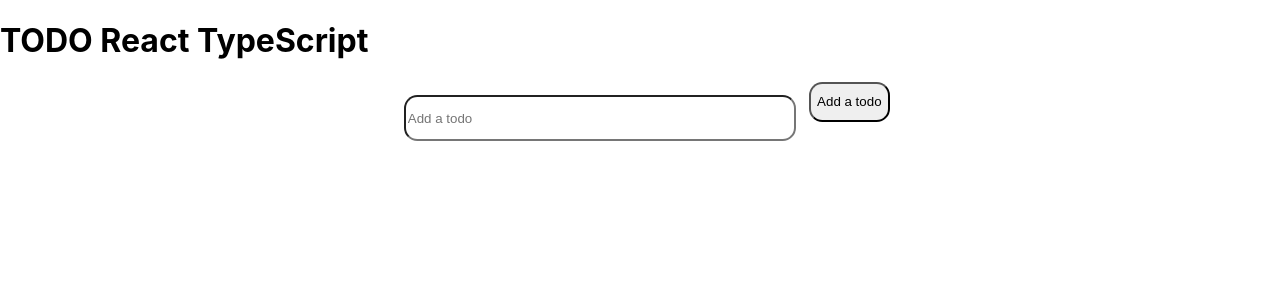
Repository: gligor99/todo-ts-react
Page: /
These files come from the project's save history. The page is drawn as it stood at one moment and after the next save; the edit follows.
The browser window is 1280 px wide. The pictures show the whole page.
The project was rebuilt for these pictures with package versions that can differ from the ones it lists, and the page was loaded fresh each time. Also part of the build but not shown: src/components/TodoListItem.tsx.

Above is the page before, as saved 2021-11-19 21:28:44.

### src/App.tsx
import React, { useState } from "react";
import "./App.css";
import TodoForm from "./components/TodoForm";
import TodoList from "./components/TodoList";

function App() {
  const [todos, setTodos] = useState<Array<Todo>>([]);

  const addTodo: AddTodo = (newTodo) => {
    if (newTodo !== "") {
      setTodos([...todos, { text: newTodo, complete: false }]);
    }
  };

  const toggleComplete: ToggleComplete = (selectedTodo) => {
    const updatedTodos = todos.map((todo) => {
      if (todo === selectedTodo) {
        return { ...todo, complete: !todo.complete };
      }
      return todo;
    });
    setTodos(updatedTodos)
  };

  return (
    <div className="App">
      <h1>TODO React TypeScript</h1>
      <TodoForm addTodo={addTodo} />
      <TodoList todos={todos} toggleComplete={toggleComplete} />
    </div>
  );
}

export default App;

### src/App.css
.todo-form {
    display: flex;
    justify-content: center;
}
.todo-input {
    margin: 1em;
    height: 3em;
    border-radius: 1em;
    width: 30%;
}
.todo-button {
    border-radius: 1em;
    height: 3em;
}

### src/components/TodoForm.tsx
import React, { ChangeEvent, FormEvent, useState } from "react";

interface TodoFormProps {
  addTodo: AddTodo;
}

const TodoForm: React.FC<TodoFormProps> = ({ addTodo }) => {
  const [newTodo, setNewTodo] = useState<string>("");

  const handleChange = (e: ChangeEvent<HTMLInputElement>) => {
    setNewTodo(e.target.value);
  };

  const handleSubmit = (e: FormEvent<HTMLButtonElement>) => {
    e.preventDefault();
    addTodo(newTodo);
    setNewTodo("");
  };

  return (
    <form className="todo-form">
      <input
        type="text"
        value={newTodo}
        className="todo-input"
        placeholder="Add a todo"
        onChange={handleChange}
      />
      <button type="submit" className="todo-button" onClick={handleSubmit}>
        Add a todo
      </button>
    </form>
  );
};

export default TodoForm;

### src/components/TodoList.tsx
import React from "react";
import TodoListItem from "./TodoListItem";

interface TodoListProps {
  todos: Array<Todo>;
  toggleComplete: ToggleComplete;
}

const TodoList: React.FC<TodoListProps> = ({ todos, toggleComplete }) => {
  return (
    <ul>
      {todos.map((todo) => {
          return (
              <ul>
                  <TodoListItem key={todo.text} todo={todo} toggleComplete={toggleComplete}/>
              </ul>
          )
      })}
    </ul>
  );
};

export default TodoList;

Loaded but not shown: public/index.html (common file); src/index.tsx (common file); src/index.css (common file); src/reportWebVitals.ts (common file)

After the next save:
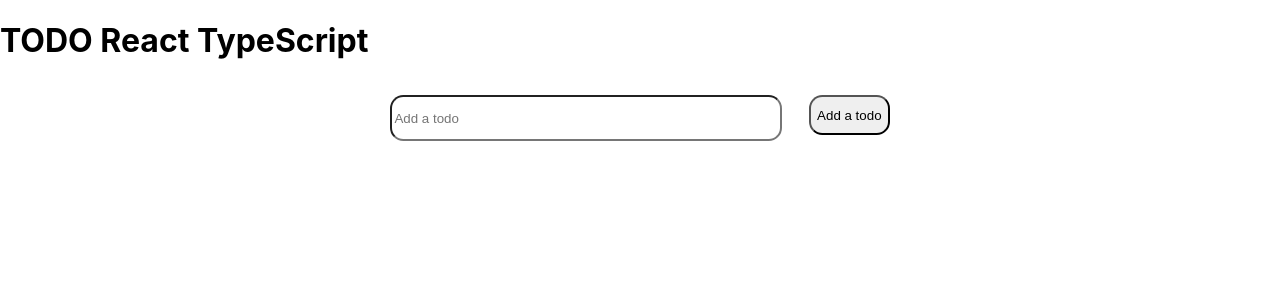
Saved 79 s later.
--- a/src/App.css
+++ b/src/App.css
@@ -11,4 +11,5 @@
 .todo-button {
     border-radius: 1em;
     height: 3em;
+    margin: 1em;
 }
